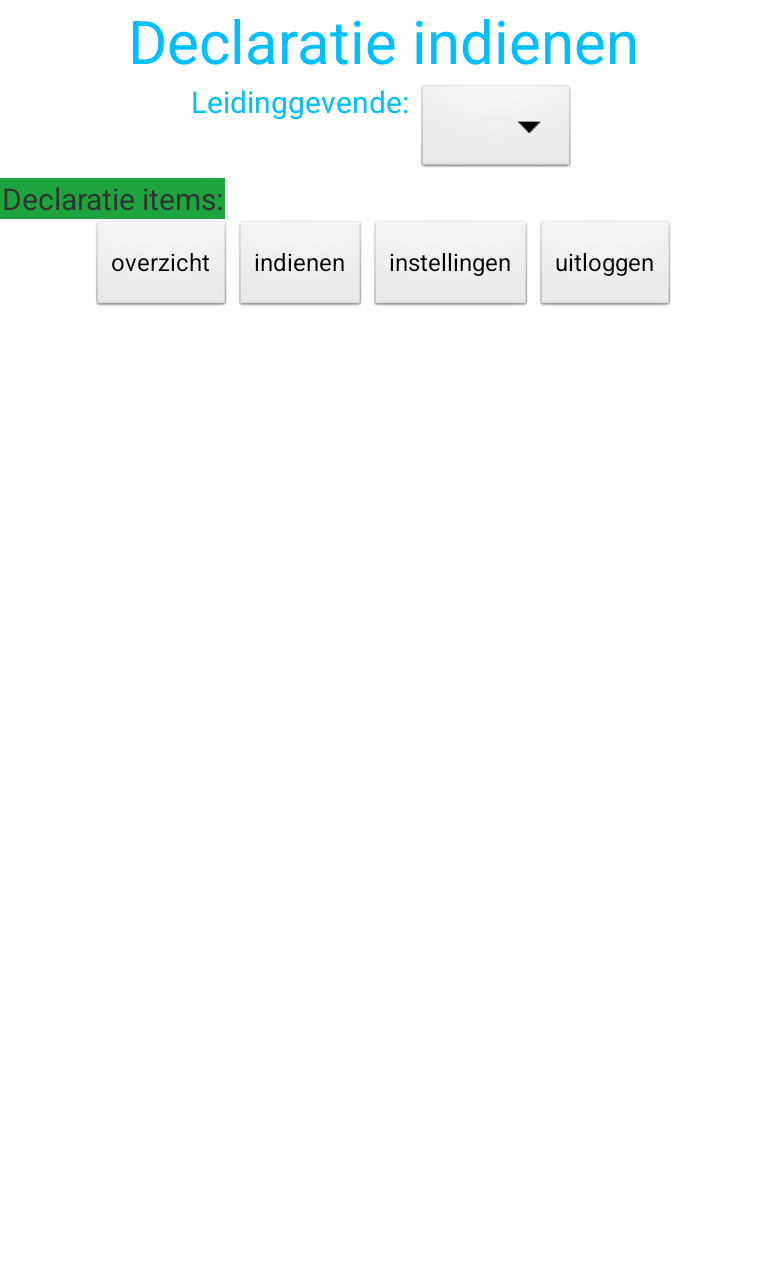
Repository: alexanderbolhuis/ilmoitus_mobile
Layout: LoginActivity/res/layout/activity_declare.xml
These files come from the project's save history. The layout is drawn as it stood at one moment and after the next save; the edit follows.
It is drawn on a 768 x 1280 px phone screen (xhdpi) without system bars, with theme AppTheme; the app's code is not run.

Above is the layout before, as saved 2014-05-04 19:21:55.

After the next save:
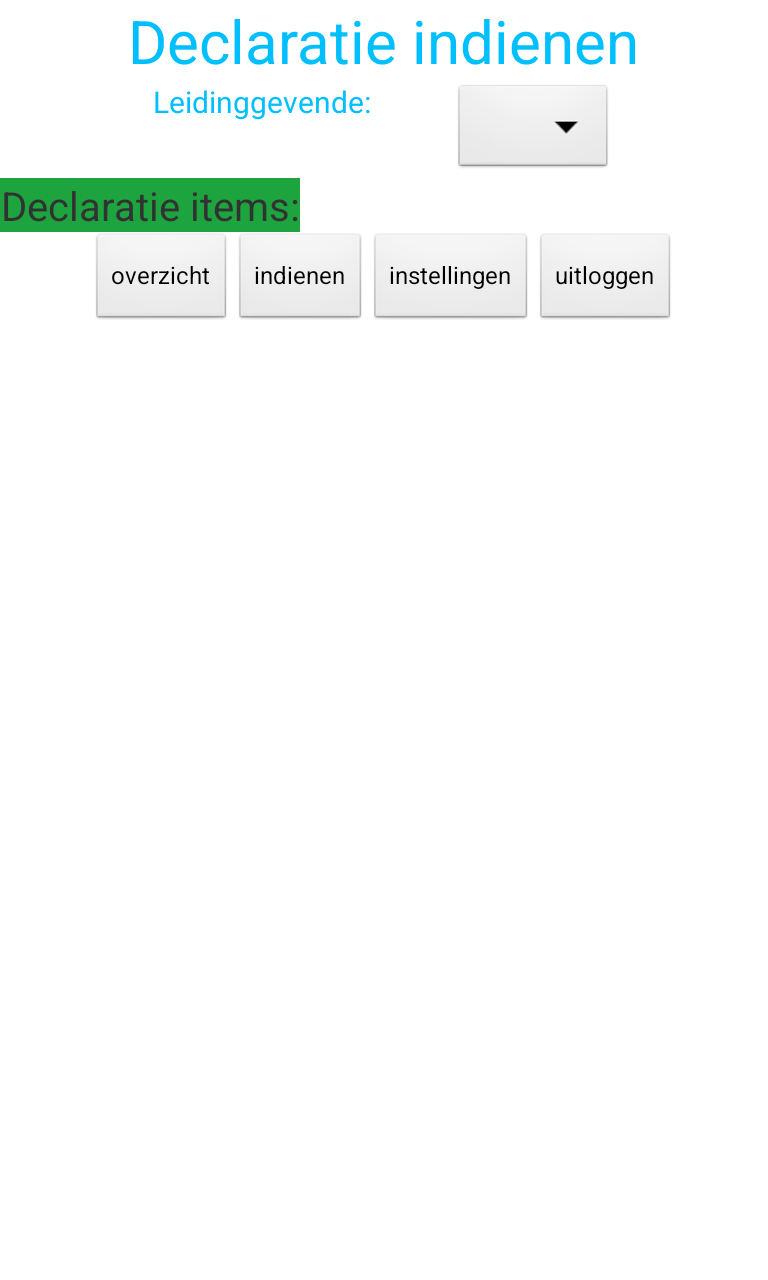
Saved 51 s later.
--- a/LoginActivity/res/layout/activity_declare.xml
+++ b/LoginActivity/res/layout/activity_declare.xml
@@ -38,8 +38,7 @@
                 android:layout_width="match_parent"
 		        android:layout_height="wrap_content"
                 android:gravity="center"
-                android:prompt="@string/prompt_spinner"
-                android:width="10px" />
+                android:prompt="@string/prompt_spinner" />
         </TableRow>
 
         <TableRow
@@ -52,7 +51,7 @@
 		        android:layout_height="wrap_content"
 		        android:text="Declaratie items:"
 		        android:gravity="center"
-		        android:textSize="15dp"
+		        android:textSize="20dp"
 		        android:background="#1DA43F" />
        </TableRow>
 
